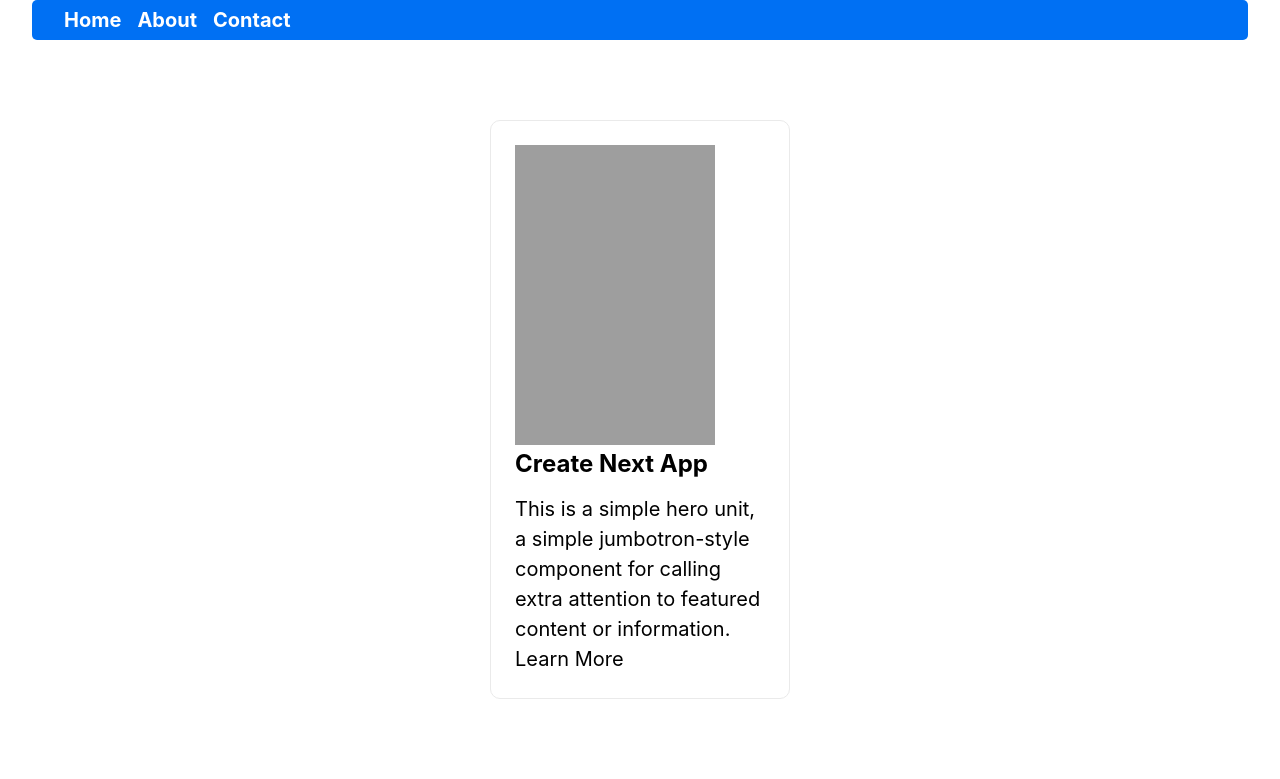
Repository: icode247/nextauth-app
Page: /
An editor plug-in stored every save of this project. The page is shown before and after a run of saves, followed by the edit.
The browser window is 1280 px wide. The pictures show the whole page.
Pictures or frames that could not be fetched are drawn as grey boxes. The project was rebuilt for these pictures with package versions that can differ from the ones it lists, and the page was loaded fresh each time. The framework's server and built-in components were replaced by stand-ins that run in the browser. Also part of the build but not shown: next.config.js.

Above is the page before, as saved 2022-08-15 00:20:14.

### pages/index.tsx
import type { NextPage } from 'next'
import Head from 'next/head'
import Image from 'next/image'
import styles from '../styles/Home.module.css'

const Home: NextPage = () => {
  return (
    <div className={styles.container}>
      <Head>
        <title>Create Next App</title>
        <meta name="description" content="Generated by create next app" />
        <link rel="icon" href="/favicon.ico" />
      </Head>
      {/* Create navbar */}
      <nav className={styles.navbar}>
        <div className={styles.navbarLinks}>
          <a href="#">Home</a>
          <a href="#">About</a>
          <a href="#">Contact</a>
        </div>

      </nav>
      <main className={styles.main}>
        <div>
          {/* create book card */}
          <div className={styles.card}>
            <div className={styles.cardImage}>
              <Image src="/images/book.jpg" alt="book" width={200} height={300} />
            </div>
            <div className={styles.cardContent}>
              <h2>Create Next App</h2>
              <p>
                This is a simple hero unit, a simple jumbotron-style component for calling
                extra attention to featured content or information.
              </p>
              <p>
                <a className={styles.btn} href="https://nextjs.org/docs" target="_blank">
                  Learn More
                </a>
              </p>
            </div>
          </div>
        </div>
      </main>
    </div>
  )
}

export default Home

### styles/Home.module.css
.container {
  padding: 0 2rem;
}

.main {
  min-height: 100vh;
  padding: 4rem 0;
  flex: 1;
  display: flex;
  flex-direction: column;
  justify-content: center;
  align-items: center;
}

.footer {
  display: flex;
  flex: 1;
  padding: 2rem 0;
  border-top: 1px solid #eaeaea;
  justify-content: center;
  align-items: center;
}

.footer a {
  display: flex;
  justify-content: center;
  align-items: center;
  flex-grow: 1;
}

.title a {
  color: #0070f3;
  text-decoration: none;
}

.title a:hover,
.title a:focus,
.title a:active {
  text-decoration: underline;
}

.title {
  margin: 0;
  line-height: 1.15;
  font-size: 4rem;
}

.title,
.description {
  text-align: center;
}

.description {
  margin: 4rem 0;
  line-height: 1.5;
  font-size: 1.5rem;
}

.code {
  background: #fafafa;
  border-radius: 5px;
  padding: 0.75rem;
  font-size: 1.1rem;
  font-family: Menlo, Monaco, Lucida Console, Liberation Mono, DejaVu Sans Mono,
    Bitstream Vera Sans Mono, Courier New, monospace;
}

.grid {
  display: flex;
  align-items: center;
  justify-content: center;
  flex-wrap: wrap;
  max-width: 800px;
}

.card {
  margin: 1rem;
  padding: 1.5rem;
  text-align: left;
  color: inherit;
  text-decoration: none;
  border: 1px solid #eaeaea;
  border-radius: 10px;
  transition: color 0.15s ease, border-color 0.15s ease;
  max-width: 300px;
}

.card:hover,
.card:focus,
.card:active {
  color: #0070f3;
  border-color: #0070f3;
}

.card h2 {
  margin: 0 0 1rem 0;
  font-size: 1.5rem;
}

.card p {
  margin: 0;
  font-size: 1.25rem;
  line-height: 1.5;
}

.logo {
  height: 1em;
  margin-left: 0.5rem;
}

.navbar{
  display: flex;
  justify-content: space-between;
  align-items: center;
  padding: 0.5rem 1rem;
  background: #0070f3;
  color: #fff;
  font-size: 1.25rem;
  font-weight: bold;
  border-radius: 5px;
}

.navbarLinks{
  display: flex;
  align-items: center;
  justify-content: space-between;
}

.navbarLinks a{
  color: #fff;
  text-decoration: none;
  margin-left: 1rem;
  font-size: 1.25rem;
  font-weight: bold;
  border-radius: 5px;
  transition: color 0.15s ease, border-color 0.15s ease;
  max-width: 300px;
}



@media (max-width: 600px) {
  .grid {
    width: 100%;
    flex-direction: column;
  }
}

@media (prefers-color-scheme: dark) {
  .card,
  .footer {
    border-color: #222;
  }
  .code {
    background: #111;
  }
  .logo img {
    filter: invert(1);
  }
}

Loaded but not shown: pages/_app.tsx (common file); styles/globals.css (common file)

After the next 9 saves:
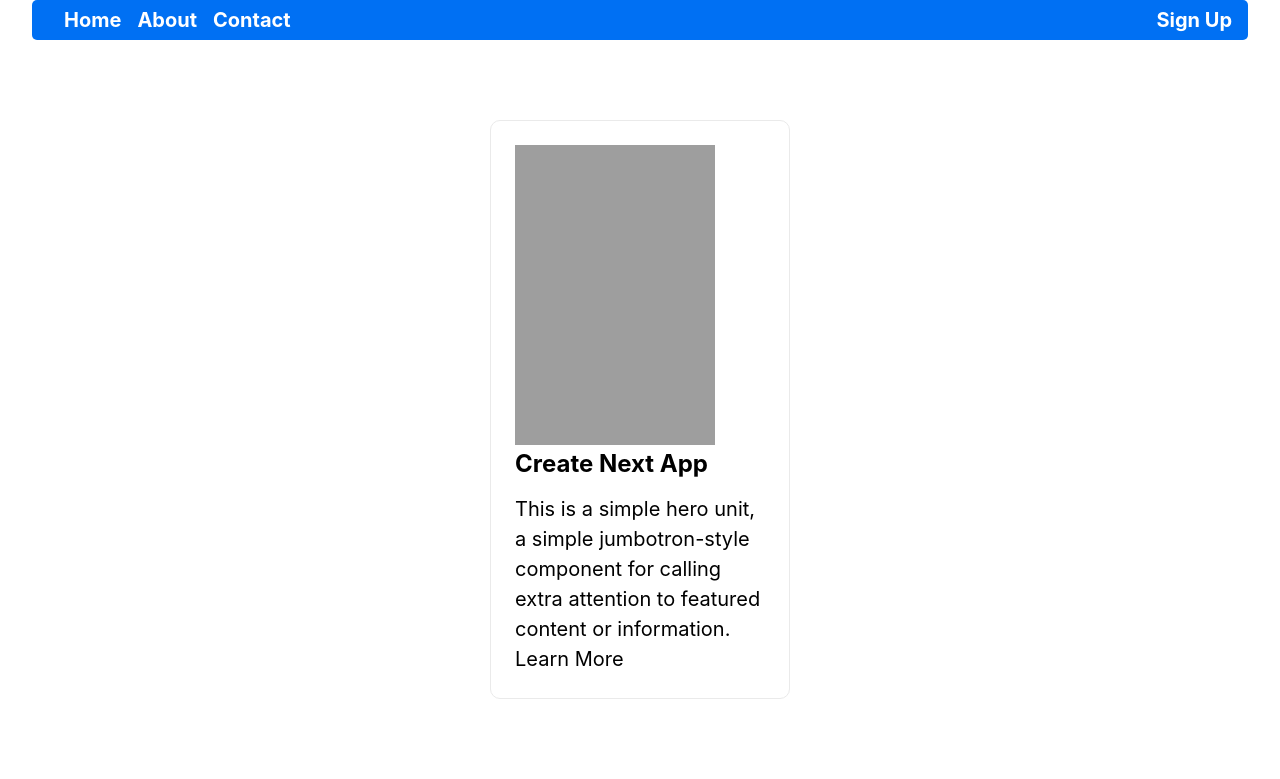
The 9 saves are shown as one change because 3 did not build or start and some came seconds apart.
The last was saved 38 s later.
--- a/pages/index.tsx
+++ b/pages/index.tsx
@@ -18,7 +18,9 @@
           <a href="#">About</a>
           <a href="#">Contact</a>
         </div>
-
+        <div className={styles.signup}>
+          <a href="#">Sign Up</a>
+        </div>
       </nav>
       <main className={styles.main}>
         <div>
